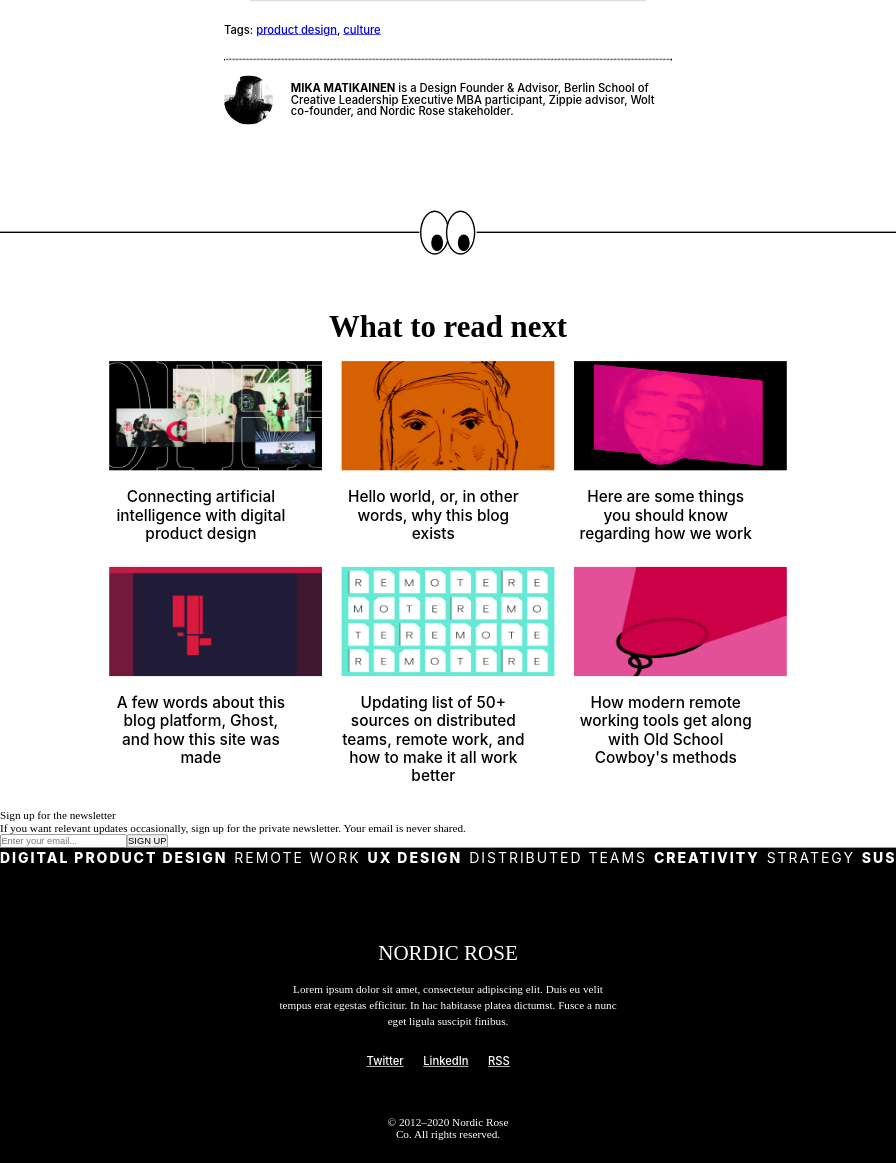
Repository: ThuTrang-jvb/JVB-BT1
Page: Page 3/article.html
An editor plug-in stored every save of this project. The page is shown before and after a run of saves, followed by the edit.
The browser window is 1280 px wide. The pictures show the part of the page from y = 3637 to 5557 px (the page is 5299 px tall before and 5557 px after), at 70% of full size.

Above is the page before, as saved 2025-06-30 10:07:17.

After the next 4 saves:
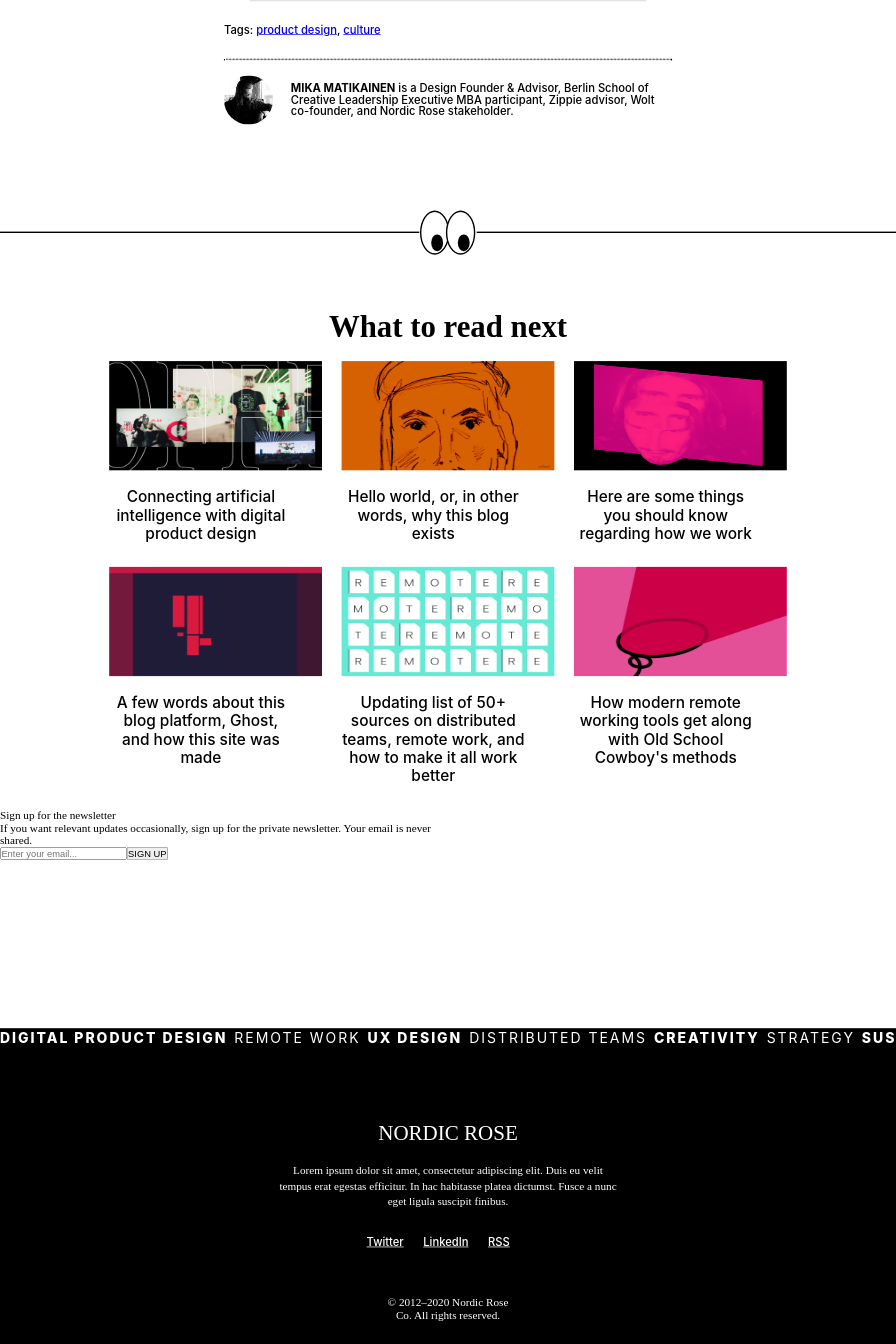
The 4 saves are shown as one change because they came seconds apart.
The last was saved 12 s later.
--- a/Page 3/styleArticle.css
+++ b/Page 3/styleArticle.css
@@ -414,7 +414,9 @@ h3 {
     display: flex;
 }
 .frame {
-    width: ;
+    width: 640px;
+    height: 313px;
+
 }
 
 
